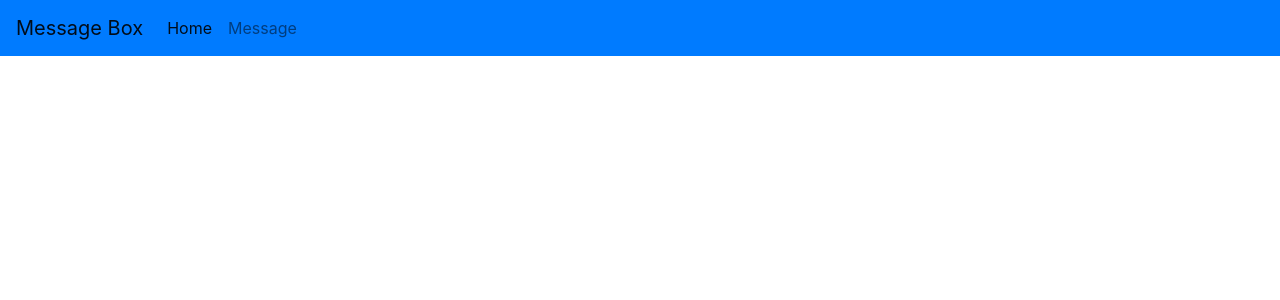
Repository: 05Mohammedismail/xworkz--Advance-Java
Page: Sep08_Servlets(HTML content as the HTTP response)/src/main/webapp/index.html
An editor plug-in stored every save of this project. The page is shown before and after the next save, followed by the edit.
The browser window is 1280 px wide. The pictures show the whole page.

Above is the page before, as saved 2023-09-10 18:45:14.

### Sep08_Servlets(HTML content as the HTTP response)/src/main/webapp/index.html
<!DOCTYPE html>
<html>
<head>
<meta charset="ISO-8859-1">
<meta name="viewport" content="width=device-width, initial-scale=1, shrink-to-fit=no">
<link rel="stylesheet" href="https://cdn.jsdelivr.net/npm/bootstrap@4.0.0/dist/css/bootstrap.min.css" integrity="sha384-Gn5384xqQ1aoWXA+058RXPxPg6fy4IWvTNh0E263XmFcJlSAwiGgFAW/dAiS6JXm" crossorigin="anonymous">
<title>Insert title here</title>
</head>
<body>
<nav class="navbar navbar-expand-lg navbar-light bg-primary">
  <a class="navbar-brand" href="#">Message Box</a>
  <button class="navbar-toggler" type="button" data-toggle="collapse" data-target="#navbarNav" aria-controls="navbarNav" aria-expanded="false" aria-label="Toggle navigation">
    <span class="navbar-toggler-icon"></span>
  </button>
  <div class="collapse navbar-collapse" id="navbarNav">
    <ul class="navbar-nav">
      <li class="nav-item active">
        <a class="nav-link" href="#">Home <span class="sr-only">(current)</span></a>
      </li>
      <li class="nav-item">
        <a class="nav-link" href="message.html">Message</a>
      </li>
    </ul>
  </div>
</nav>
</body>
</html>

After the next save:
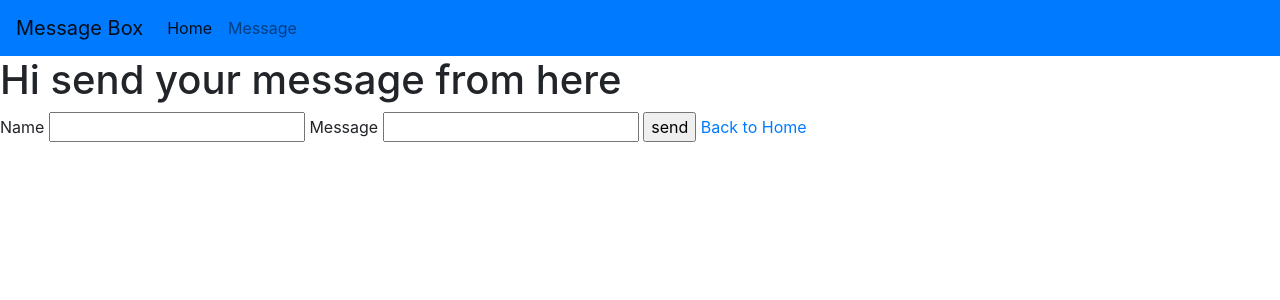
Saved 43 s later.
--- a/Sep08_Servlets(HTML content as the HTTP response)/src/main/webapp/index.html
+++ b/Sep08_Servlets(HTML content as the HTTP response)/src/main/webapp/index.html
@@ -23,5 +23,12 @@
     </ul>
   </div>
 </nav>
+<h1>Hi send your message from here</h1>
+<form action="ping.pong">
+Name <input type="text" name="name">
+Message <input type="text" name="msg">
+<input class="send" type="submit" value="send">
+<a href="index.html">Back to Home</a>
+</form>
 </body>
 </html>
